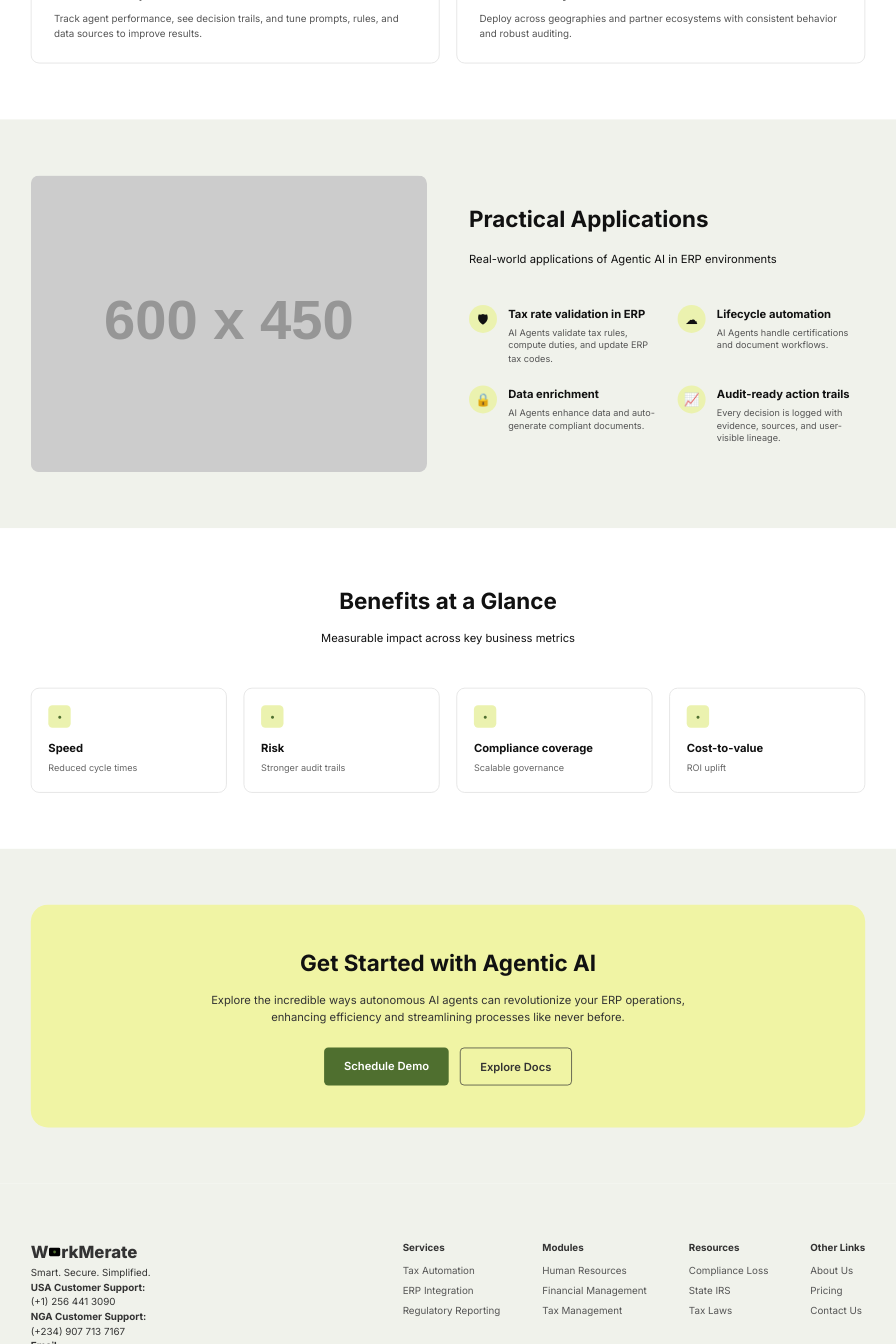
Repository: Opawumi/work_merate
Page: agent-ai.html
An editor plug-in stored every save of this project. The page is shown before and after a run of saves, followed by the edit.
The browser window is 1280 px wide. The pictures show the part of the page from y = 2532 to 4452 px (the page is 4725 px tall before and 4701 px after), at 70% of full size.

Above is the page before, as saved 2026-02-05 13:37:05.

After the next 6 saves:
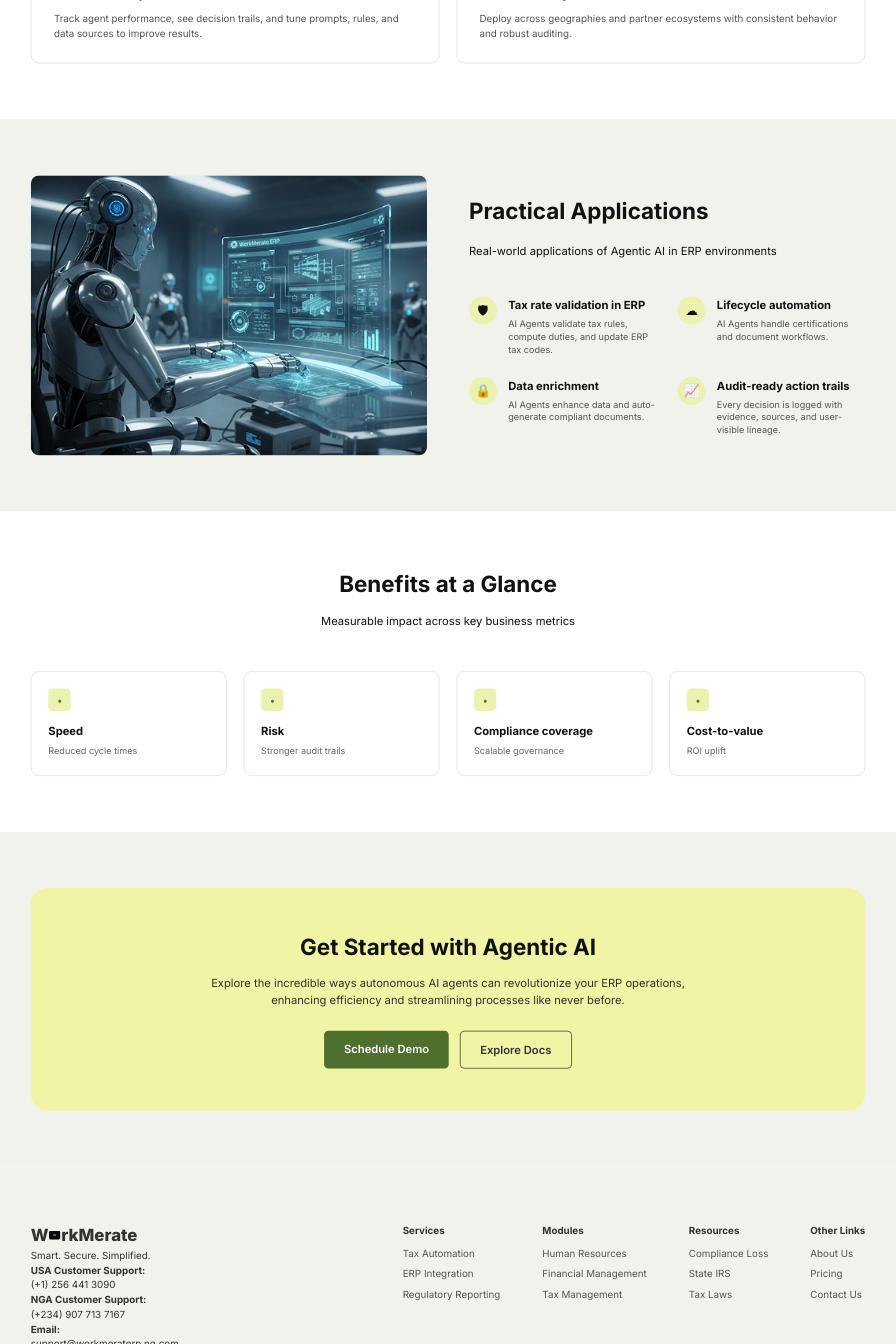
The 6 saves are shown as one change because they came seconds apart.
The last was saved 13 s later.
--- a/agent-ai.html
+++ b/agent-ai.html
@@ -159,7 +159,7 @@
         <div class="container">
             <div class="equal-height-row">
                 <div class="image-content">
-                    <img src="https://placehold.co/600x450/222222/666666?text=Robot+Typing" alt="Robot working on interface">
+                    <img src="./assets/ai-agentic-two.png" alt="Robot working on interface">
                 </div>
                 <div class="text-content">
                     <h2>Practical Applications</h2>
